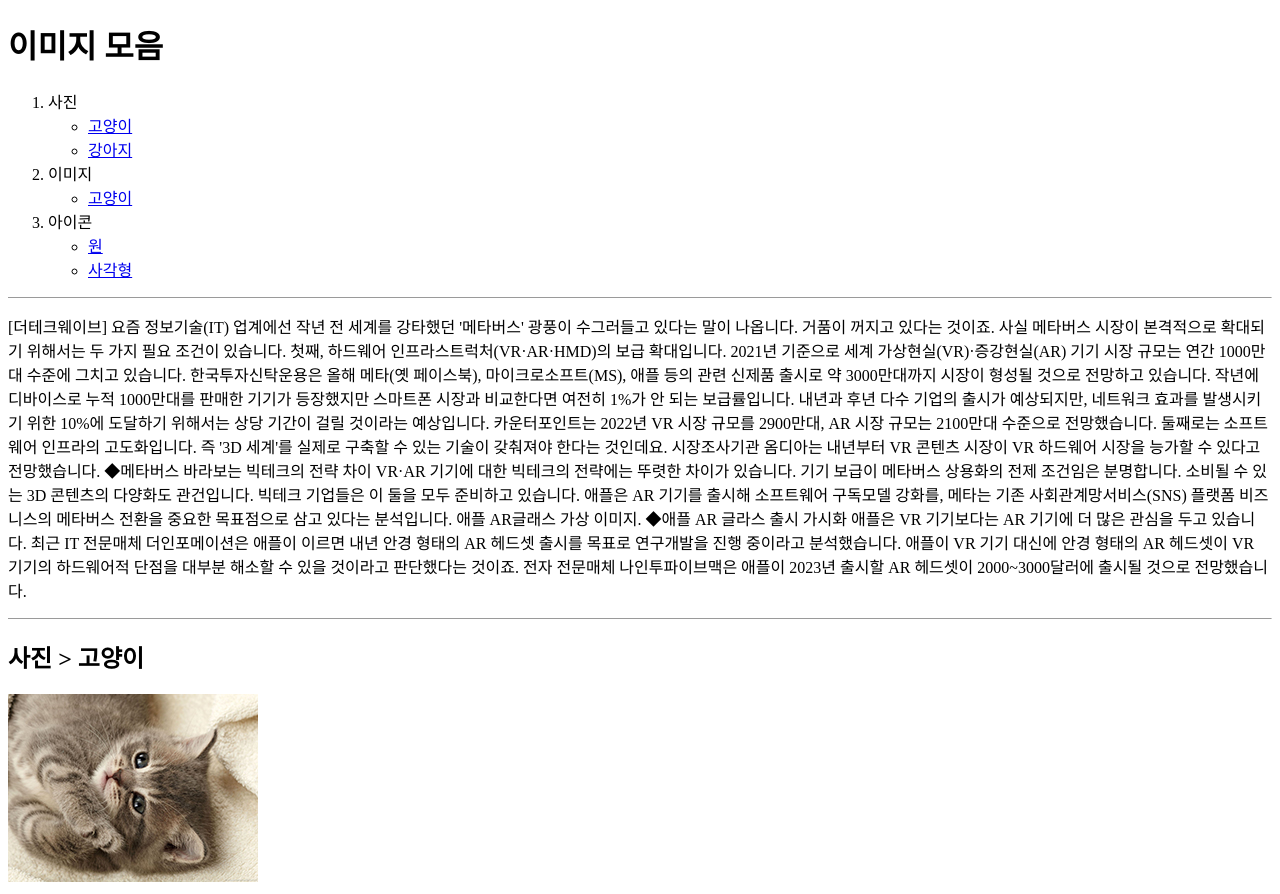
Repository: sujin9335/Front-end
Page: ClientTest/src/main/webapp/html/문제/8.html
The author's editor kept a copy of each file at every save. The page is drawn from the files as they stood at one save, then again after the next save.
The browser window is 1280 px wide. The pictures show the whole page.

Above is the page before, as saved 2023-09-21 09:45:44.

### ClientTest/src/main/webapp/html/문제/8.html
<!DOCTYPE html>
<html>
<head>
<meta charset="UTF-8">
<title>Insert title here</title>
</head>
<body>
	<h1>이미지 모음</h1>

	<ol>
		<li>
		사진
			<ul>
				<li><a href="#cat">고양이</a></li>
				<li><a href="#dog">강아지</a></li>
			</ul>
		</li>
		<li>
		이미지
			<ul>
				<li><a href="#cat2">고양이</a></li>
			</ul>
		</li>
		<li>
		아이콘
			<ul>
				<li><a href="#icon">원</a></li>
				<li><a href="#iconsq">사각형</a></li>
			</ul>
		</li>
	</ol>
	<hr size="1">
	<p>
	[더테크웨이브] 요즘 정보기술(IT) 업계에선 작년 전 세계를 강타했던 '메타버스' 광풍이 수그러들고 있다는 말이 나옵니다. 거품이 꺼지고 있다는 것이죠. 사실 메타버스 시장이 본격적으로 확대되기 위해서는 두 가지 필요 조건이 있습니다. 첫째, 하드웨어 인프라스트럭처(VR·AR·HMD)의 보급 확대입니다. 2021년 기준으로 세계 가상현실(VR)·증강현실(AR) 기기 시장 규모는 연간 1000만대 수준에 그치고 있습니다. 한국투자신탁운용은 올해 메타(옛 페이스북), 마이크로소프트(MS), 애플 등의 관련 신제품 출시로 약 3000만대까지 시장이 형성될 것으로 전망하고 있습니다. 작년에 디바이스로 누적 1000만대를 판매한 기기가 등장했지만 스마트폰 시장과 비교한다면 여전히 1%가 안 되는 보급률입니다. 내년과 후년 다수 기업의 출시가 예상되지만, 네트워크 효과를 발생시키기 위한 10%에 도달하기 위해서는 상당 기간이 걸릴 것이라는 예상입니다. 카운터포인트는 2022년 VR 시장 규모를 2900만대, AR 시장 규모는 2100만대 수준으로 전망했습니다. 둘째로는 소프트웨어 인프라의 고도화입니다. 즉 '3D 세계'를 실제로 구축할 수 있는 기술이 갖춰져야 한다는 것인데요. 시장조사기관 옴디아는 내년부터 VR 콘텐츠 시장이 VR 하드웨어 시장을 능가할 수 있다고 전망했습니다. ◆메타버스 바라보는 빅테크의 전략 차이 VR·AR 기기에 대한 빅테크의 전략에는 뚜렷한 차이가 있습니다. 기기 보급이 메타버스 상용화의 전제 조건임은 분명합니다. 소비될 수 있는 3D 콘텐츠의 다양화도 관건입니다. 빅테크 기업들은 이 둘을 모두 준비하고 있습니다. 애플은 AR 기기를 출시해 소프트웨어 구독모델 강화를, 메타는 기존 사회관계망서비스(SNS) 플랫폼 비즈니스의 메타버스 전환을 중요한 목표점으로 삼고 있다는 분석입니다. 애플 AR글래스 가상 이미지. ◆애플 AR 글라스 출시 가시화 애플은 VR 기기보다는 AR 기기에 더 많은 관심을 두고 있습니다. 최근 IT 전문매체 더인포메이션은 애플이 이르면 내년 안경 형태의 AR 헤드셋 출시를 목표로 연구개발을 진행 중이라고 분석했습니다. 애플이 VR 기기 대신에 안경 형태의 AR 헤드셋이 VR 기기의 하드웨어적 단점을 대부분 해소할 수 있을 것이라고 판단했다는 것이죠. 전자 전문매체 나인투파이브맥은 애플이 2023년 출시할 AR 헤드셋이 2000~3000달러에 출시될 것으로 전망했습니다.
	</p>
	<hr size="1">
	<h2><a name="cat">사진  &gt; 고양이</a></h2>
	<img src="./../images/cat.jpg">


</body>
</html>

After the next save:
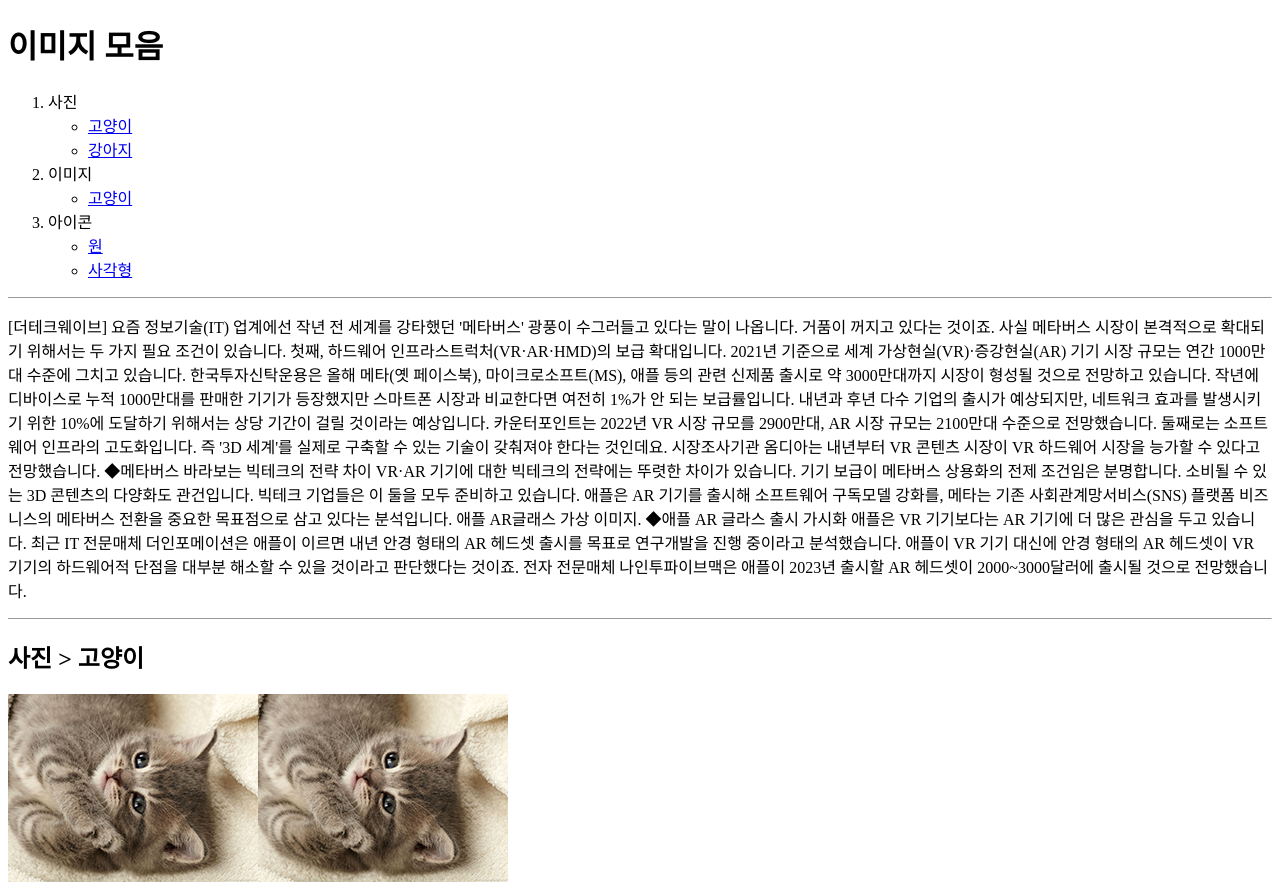
Saved 9 s later.
--- a/ClientTest/src/main/webapp/html/문제/8.html
+++ b/ClientTest/src/main/webapp/html/문제/8.html
@@ -35,7 +35,7 @@
 	</p>
 	<hr size="1">
 	<h2><a name="cat">사진  &gt; 고양이</a></h2>
-	<img src="./../images/cat.jpg">
+	<img src="./../images/cat.jpg"><img src="./../images/cat.jpg">
 
 
 </body>
